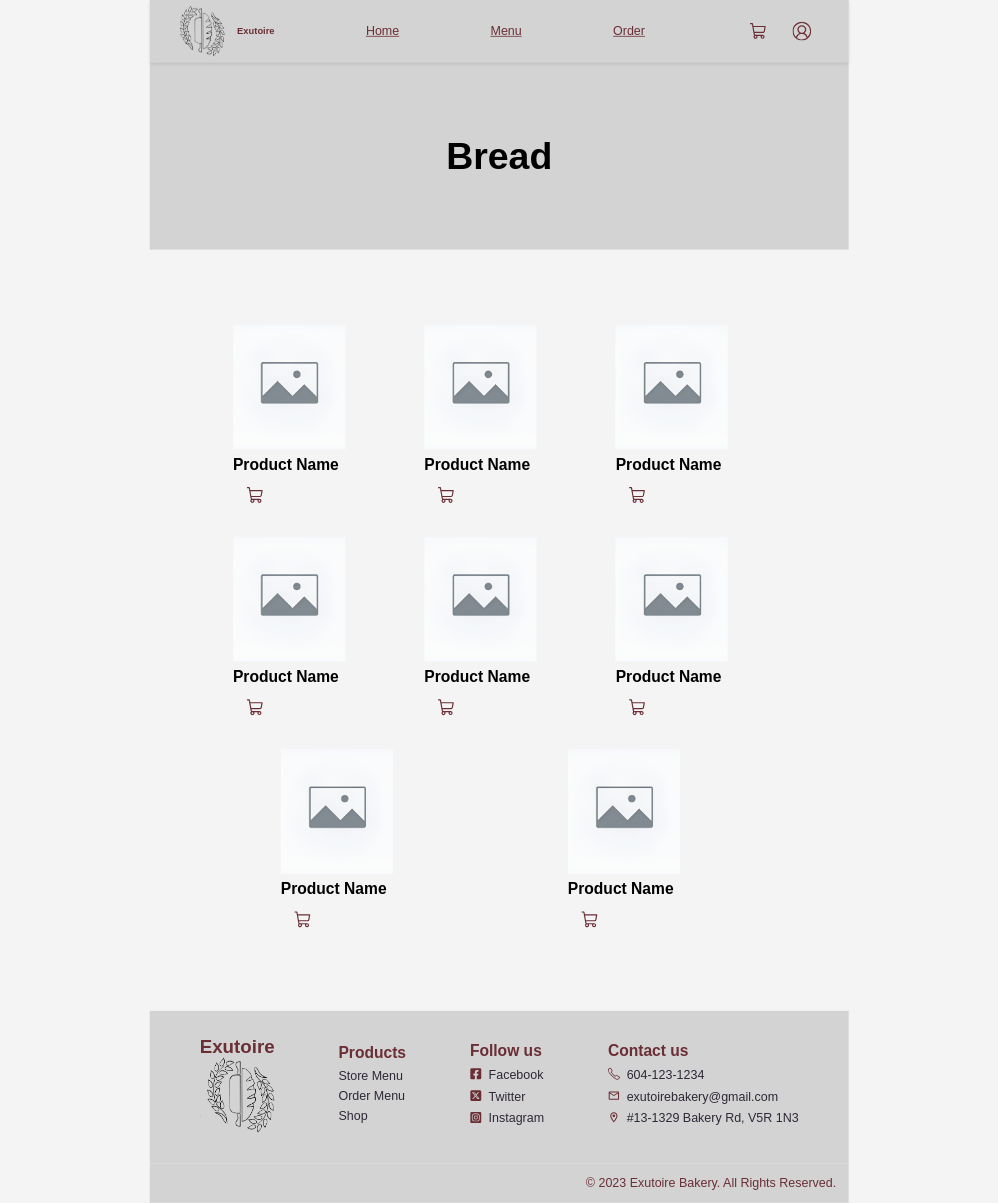
Repository: MelissaJacobi/COMP3170-final-proj
Page: /menu/bread
The author's editor kept a copy of each file at every save. The page is drawn from the files as they stood at one save, then again after the next save.
The browser window is 1280 px wide. The pictures show the whole page, at 78% of full size.
The project was rebuilt for these pictures with package versions that can differ from the ones it lists, and the page was loaded fresh each time. Also part of the build but not shown: vite.config.js, src/pages/Home.module.css, src/components/Carousel.module.css, src/components/Carousel.tsx, src/components/Vision.module.css, src/components/Vision.tsx, src/components/MenuGallery.module.css, src/components/MenuGallery.tsx and 3 more.

Above is the page before, as saved 2024-10-07 19:52:01.

After the next save:
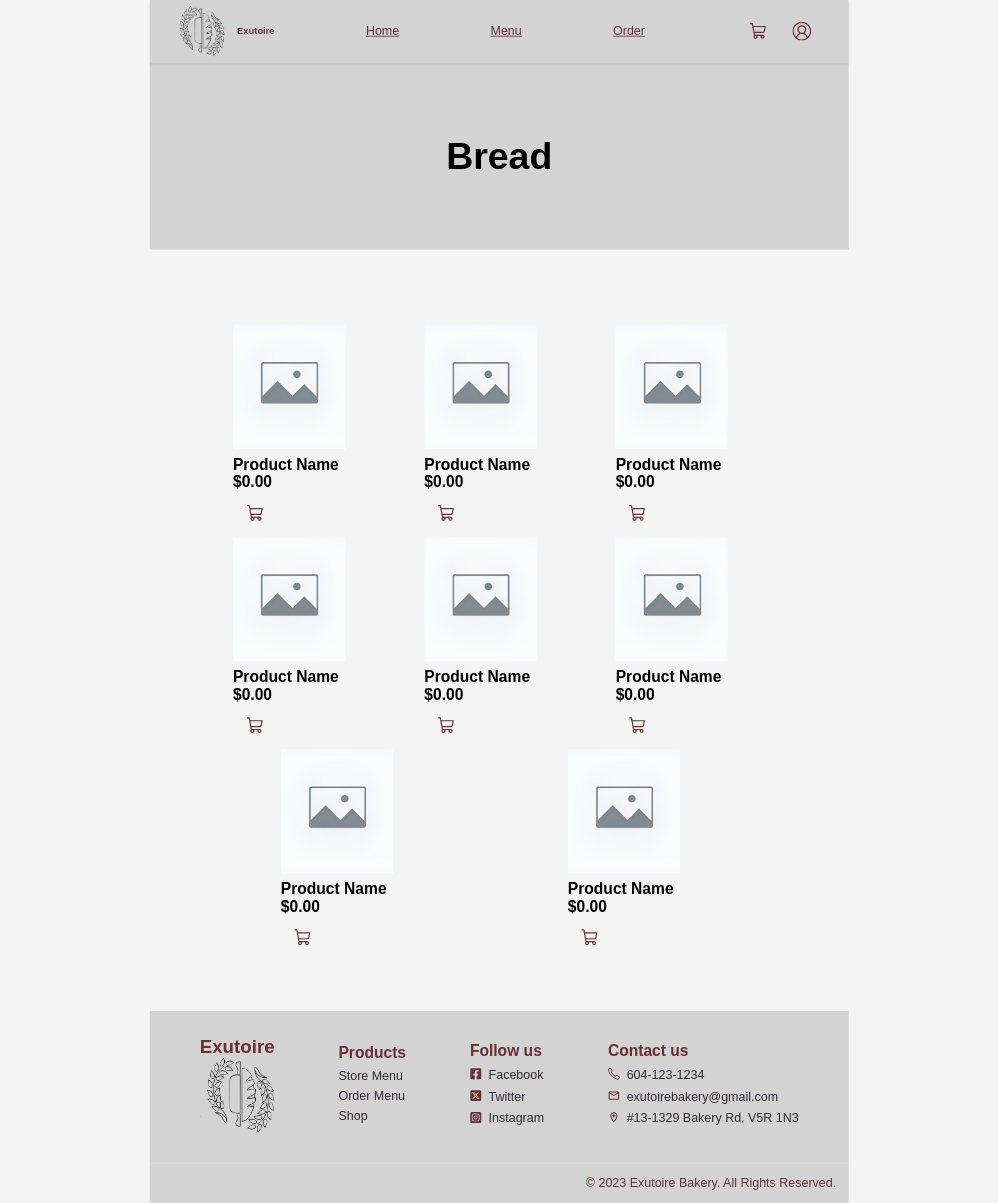
Saved 11 s later.
--- a/src/components/product.jsx
+++ b/src/components/product.jsx
@@ -8,6 +8,7 @@ export default function Product() {
         <img src={placeholder} className={styles.productImg} />
         <p>Product Name</p>
         <div className={styles.infoAndCart}>
+            <p>$0.00</p>
             <PiShoppingCart className={styles.icon} />
         </div>
    </div>
